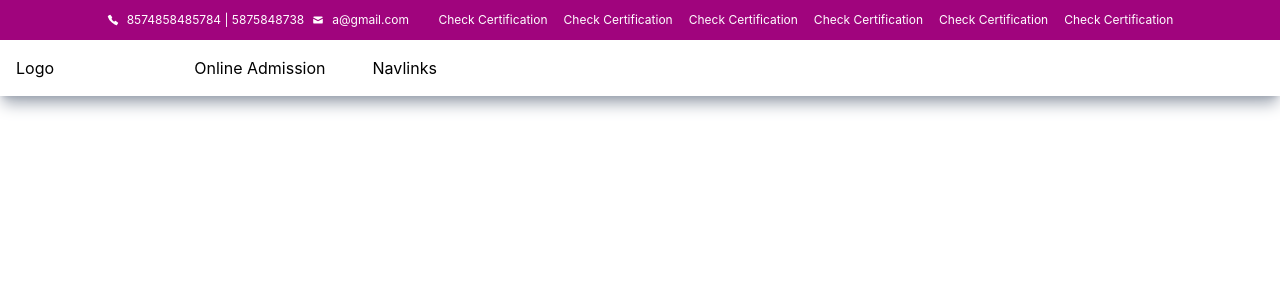
Repository: Sushant203/react-training-
Page: /
The author's editor kept a copy of each file at every save. The page is drawn from the files as they stood at one save, then again after the next save.
The browser window is 1280 px wide. The pictures show the whole page.
The project was rebuilt for these pictures with package versions that can differ from the ones it lists, and the page was loaded fresh each time. Also part of the build but not shown: src/App.css, src/components/LowerNav.jsx, src/components/UpperNav.jsx.

Above is the page before, as saved 2022-12-19 09:43:47.

After the next save:
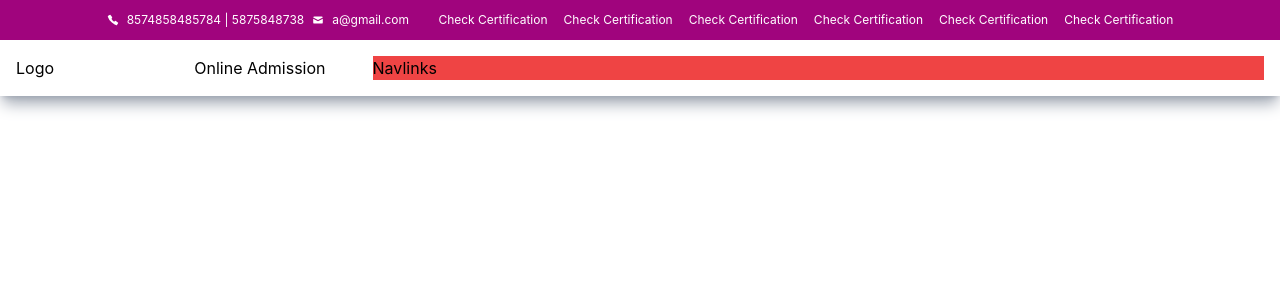
Saved 12 s later.
--- a/src/components/Naviagtion/Toolbar/Secondary.jsx
+++ b/src/components/Naviagtion/Toolbar/Secondary.jsx
@@ -5,7 +5,7 @@ function Secondary() {
     <div className="grid grid-cols-7 selection: justify-between px-4 w-full py-4 bg-white">
       <div>Logo</div>
       <div>Online Admission</div>
-      <div className="col-span-5">Navlinks</div>
+      <div className="col-span-5 bg-red-500">Navlinks</div>
     </div>
   );
 }
